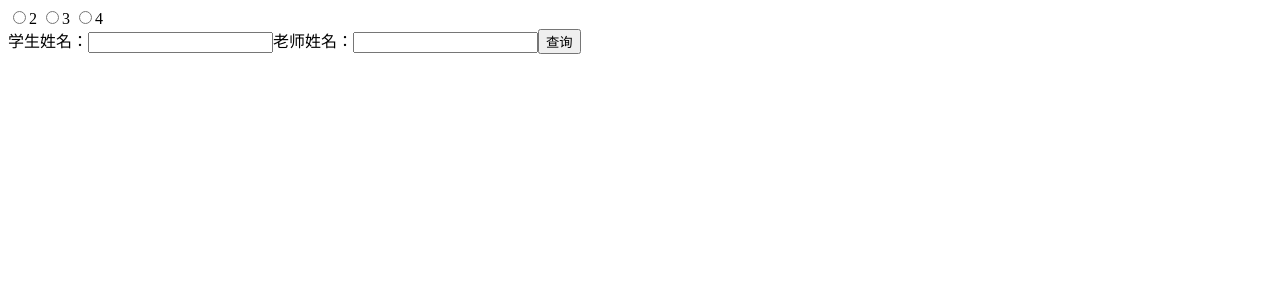
Repository: yang111yang/JavaStudy
Page: http://localhost/student/
An editor plug-in stored every save of this project. The page is shown before and after the next save, followed by the edit.
The browser window is 1280 px wide. The pictures show the whole page.
The page is served by Tomcat 9.

Above is the page before, as saved 2019-12-15 09:54:00.
Console error: SyntaxError: Unexpected token ';'

After the next save:
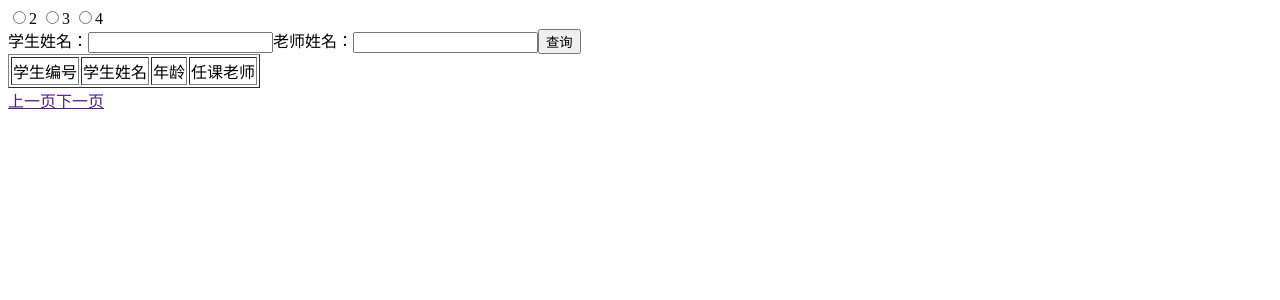
Saved 19 s later.
--- a/05. 高级框架阶段/MyBatis/student/WebContent/index.jsp
+++ b/05. 高级框架阶段/MyBatis/student/WebContent/index.jsp
@@ -28,6 +28,22 @@
 	<input type="radio" name="pageSize" value="3"/>3
 	<input type="radio" name="pageSize" value="4"/>4<br>
 	学生姓名：<input type="text" name="sname"/>老师姓名：<input type="text" name="tname"/><button>查询</button><br>
-
+	<table border="1">
+	<tr>
+		<td>学生编号</td>
+		<td>学生姓名</td>
+		<td>年龄</td>
+		<td>任课老师</td>
+	</tr>
+	<c:forEach items="${pageinfo.list }" var="stu">
+		<tr>
+			<td>${stu.id }</td>
+			<td>${stu.name }</td>
+			<td>${stu.age }</td>
+			<td>${stu.teacher.name }</td>
+		</tr>
+	</c:forEach>
+</table>
+<a href="" class="page_a">上一页</a><a href="" class="page_a">下一页</a>
 </body>
 </html>
